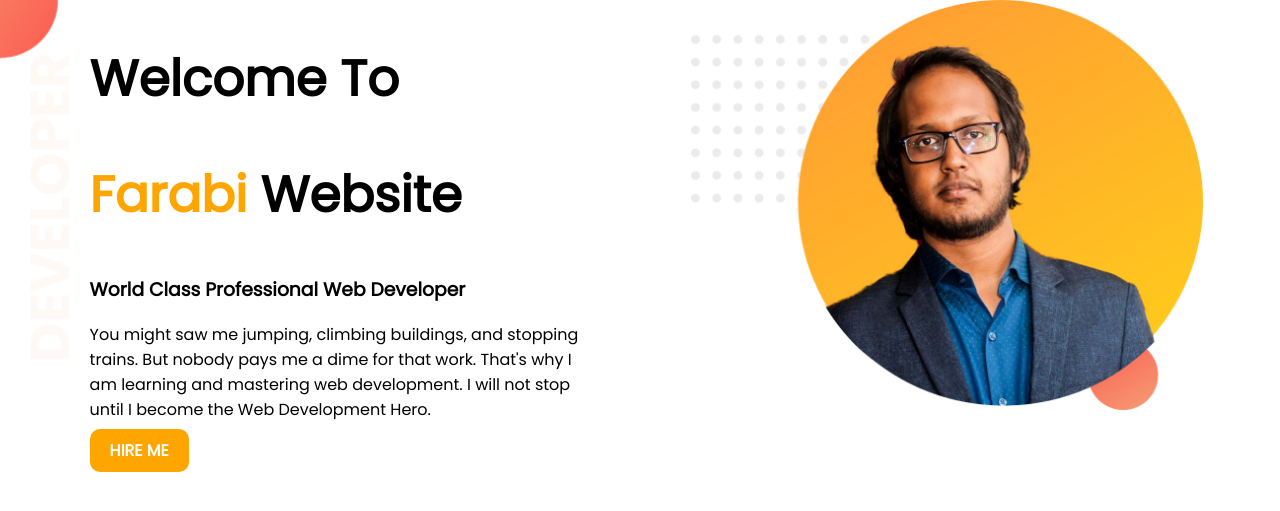
Repository: mohsinfarabi/web-portfolio
Page: index.html
The author's editor kept a copy of each file at every save. The page is drawn from the files as they stood at one save, then again after the next save.
The browser window is 1280 px wide. The pictures show the whole page.

Above is the page before, as saved 2020-06-30 23:01:15.

After the next save:
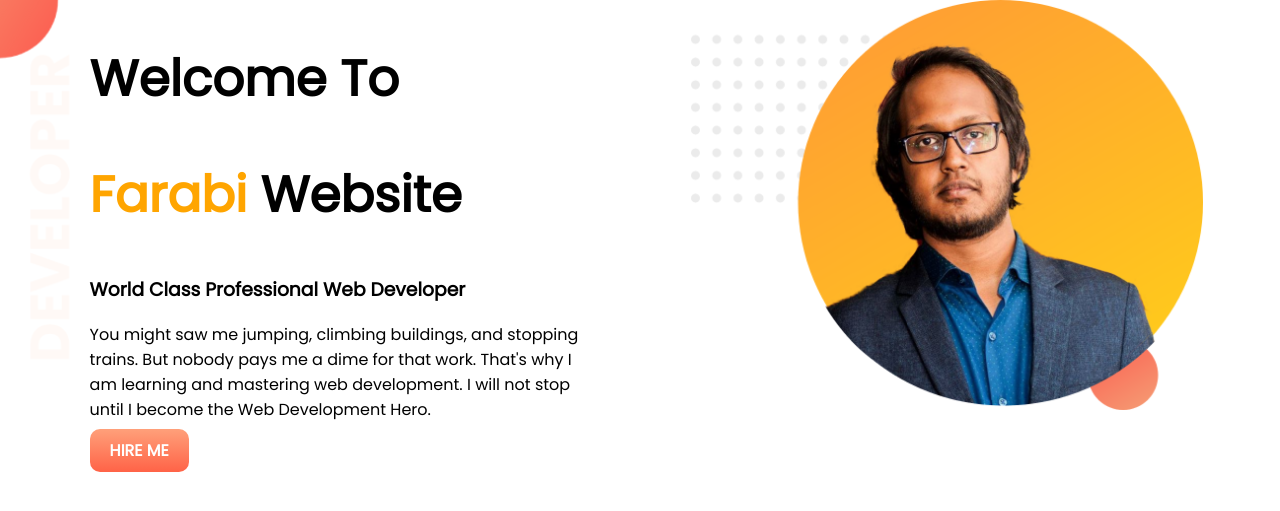
Saved 74 s later.
--- a/style.css
+++ b/style.css
@@ -33,7 +33,7 @@ section {
 
 .link-button {
     text-decoration: none;
-    background-color: orange;
+    background-image: linear-gradient(lightSalmon, tomato);
     padding: 10px 20px;
     border-radius: 10px;
     color: white;
